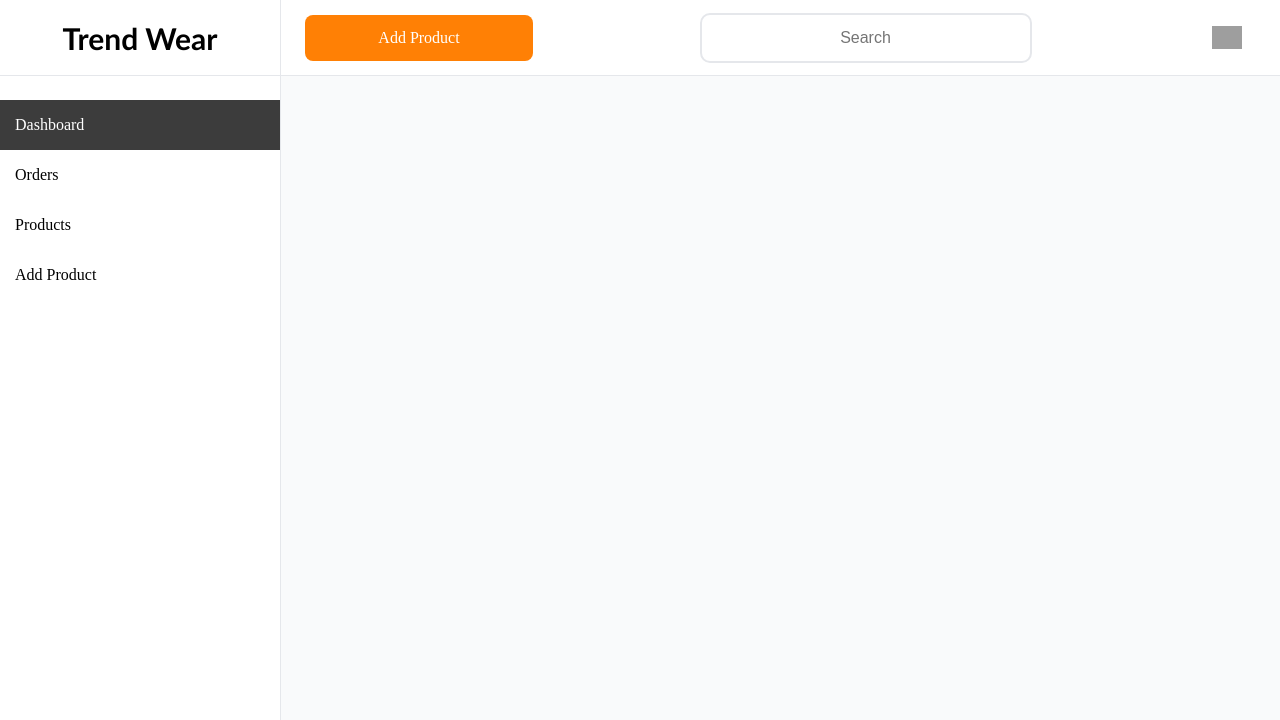
Repository: ahmad-dev7/TrendWear
Page: / (app in trend_wear_dashboard/)
These files come from the project's save history. The page is drawn as it stood at one moment and after the next save; the edit follows.
The browser window is 1280 px wide. The pictures show the whole page.
Pictures or frames that could not be fetched are drawn as grey boxes. The project was rebuilt for these pictures with package versions that can differ from the ones it lists, and the page was loaded fresh each time. Also part of the build but not shown: trend_wear_dashboard/vite.config.ts.

Above is the page before, as saved 2025-01-19 20:08:13.

### trend_wear_dashboard/index.html
<!doctype html>
<html lang="en">

<head>
  <meta charset="UTF-8" />
  <link rel="icon" type="image/svg+xml" href="/vite.svg" />
  <meta name="viewport" content="width=device-width, initial-scale=1.0" />
  <title>Trend Wear</title>
</head>

<body>
  <div id="root"></div>
  <script type="module" src="/src/main.tsx"></script>
</body>

</html>

### trend_wear_dashboard/src/main.tsx
import { StrictMode } from "react";
import { createRoot } from "react-dom/client";
//import "bootstrap/dist/css/bootstrap.css";
import "./App.css";
import App from "./App.tsx";

createRoot(document.getElementById("root")!).render(
  <StrictMode>
    <App />
  </StrictMode>
);

### trend_wear_dashboard/src/App.css
body {
    background-color: #F9FAFB;
    padding: 0;
    margin: 0;
}

#parent {
    display: flex;
}

### trend_wear_dashboard/src/App.tsx
import Navbar from "./Navbar/Navbar";
import Sidebar from "./Sidebar/Sidebar";

function App() {
  return (
    <div id="parent">
      <Sidebar />
      <div style={{ flex: 1 }}>
        <Navbar />
        <div id="content-body">{/* Main body content here */}</div>
      </div>
    </div>
  );
}

export default App;

### trend_wear_dashboard/src/Navbar/Navbar.tsx
import "./Navbar.css";

const Navbar = () => {
  return (
    <div>
      <div id="top-navbar">
        <div className="nav-item add-product-button">Add Product</div>
        <input className="nav-item" placeholder="Search" type="text" />
        <img
          src="/public/bell-icon.png"
          alt="Alerts icon"
          className="nav-item icon"
        />
      </div>
    </div>
  );
};

export default Navbar;

### trend_wear_dashboard/src/Sidebar/Sidebar.tsx
import "./Sidebar.css";
import SidebarContent from "./SidebarContent";

const Sidebar = () => {
  var tabs = ["Dashboard", "Orders", "Products", "Add Product"];

  const handleSelectTab = (tab: string) => {
    console.log(tab);
  };

  return (
    <div id="sidebar">
      <div className="header">Trend Wear</div>
      <ul id="sidebar-content">
        <SidebarContent tabs={tabs} onSelectTab={handleSelectTab} />
      </ul>
    </div>
  );
};

export default Sidebar;

### trend_wear_dashboard/src/Navbar/Navbar.css
#top-navbar {
    display: flex;
    justify-content: space-between;
    align-items: center;
    /* padding: 0 24px; */
    background-color: white;
    height: 75px;
    width: 100%;
    border-bottom: 1px solid #e5e7eb;
}

.nav-item {
    font-size: 16px;
    color: #333;
    text-align: center;
    width: 200px;
    border-radius: 8px;
    padding: 14px;
    text-decoration: none;
}

.add-product-button {
    color: white;
    margin-left: 24px;
    background-color: #ff8005;
}

#top-navbar input {
    border: none;
    outline: 2px solid #e5e7eb;
    flex-grow: 1;
    max-width: 300px;
}

#top-navbar img {
    height: 30px;
    width: 30px;
    margin-right: 24px;
    object-fit: contain;
}

### trend_wear_dashboard/src/Sidebar/sidebar.css
/* Sidebar.css */
#sidebar {
    background-color: white;
    width: 280px;
    /* Fixed width for the sidebar */
    height: 100vh;
    /* Ensures the sidebar takes full height */
    border-right: 1px solid #e5e7eb;
}

#sidebar .header {
    display: flex;
    justify-content: center;
    align-items: center;
    height: 75px;
    font-size: 30px;
    font-weight: bold;
    font-family: 'Gill Sans', 'Gill Sans MT', Calibri, 'Trebuchet MS', sans-serif;
    background-color: white;
    text-align: center;
    border-bottom: 1px solid #e5e7eb;
}

#sidebar-content {
    list-style-type: none;
    margin-top: 24px;
    padding: 0;
    cursor: pointer;
}

#sidebar-content .tab {
    height: 50px;
    color: black;
    display: flex;
    align-items: center;
    padding-left: 15px;
}

#sidebar-content .active {
    background-color: #3c3c3c;
    color: white;
}

#sidebar-content .tab:hover:not(.active) {
    background-color: #eaeaea;
}

### trend_wear_dashboard/src/Sidebar/SidebarContent.tsx
import "./Sidebar.css";
import { useState } from "react";

interface Props {
  tabs: string[];
  onSelectTab: (tab: string) => void;
}

const SidebarContent = ({ tabs, onSelectTab }: Props) => {
  const [active, setTab] = useState("Dashboard");
  return (
    <>
      {tabs.map((tab) => (
        <li
          key={tab}
          className={"tab " + (tab == active && "active")}
          onClick={() => {
            setTab(tab);
            onSelectTab(tab);
          }}
        >
          {tab}
        </li>
      ))}
    </>
  );
};

export default SidebarContent;

### trend_wear_dashboard/src/Body/Dashboard.tsx
import "./Dashboard.css";

const Dashboard = () => {
  return <div id="content-body">Hello</div>;
};

export default Dashboard;

### trend_wear_dashboard/src/Body/Dashboard.css
#content-body {
    height: 500px;
    margin: 24px;
    background-color: red;
}

After the next save:
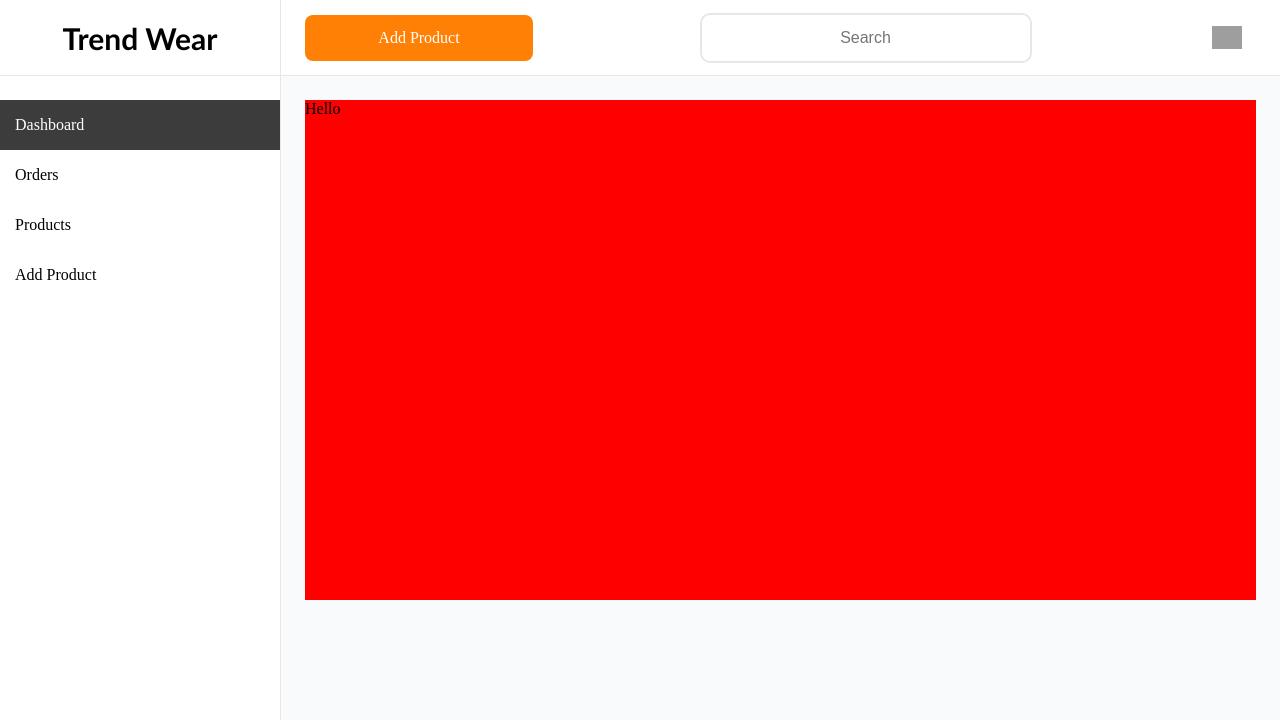
Saved 8 s later.
--- a/trend_wear_dashboard/src/App.tsx
+++ b/trend_wear_dashboard/src/App.tsx
@@ -1,3 +1,4 @@
+import Dashboard from "./Body/Dashboard";
 import Navbar from "./Navbar/Navbar";
 import Sidebar from "./Sidebar/Sidebar";
 
@@ -7,7 +8,7 @@ function App() {
       <Sidebar />
       <div style={{ flex: 1 }}>
         <Navbar />
-        <div id="content-body">{/* Main body content here */}</div>
+        <Dashboard />
       </div>
     </div>
   );
